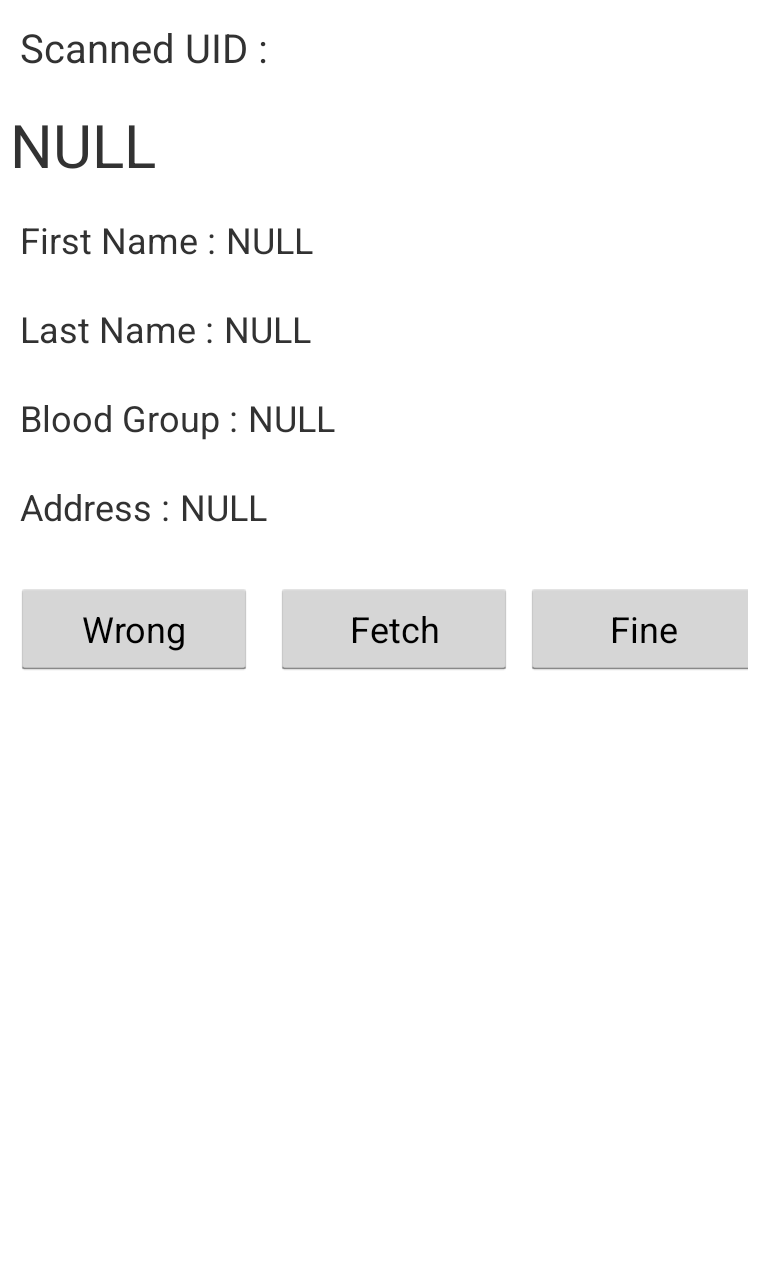
Repository: LennoxAlexion/UID
Layout: Android App/Uid-Project/res/layout/activity_qr_result_success.xml
These files come from the project's save history. The layout is drawn as it stood at one moment and after the next save; the edit follows.
It is drawn on a 768 x 1280 px phone screen (xhdpi) without system bars, with theme AppTheme; the app's code is not run.

Above is the layout before, as saved 2015-03-29 09:26:47.

After the next save:
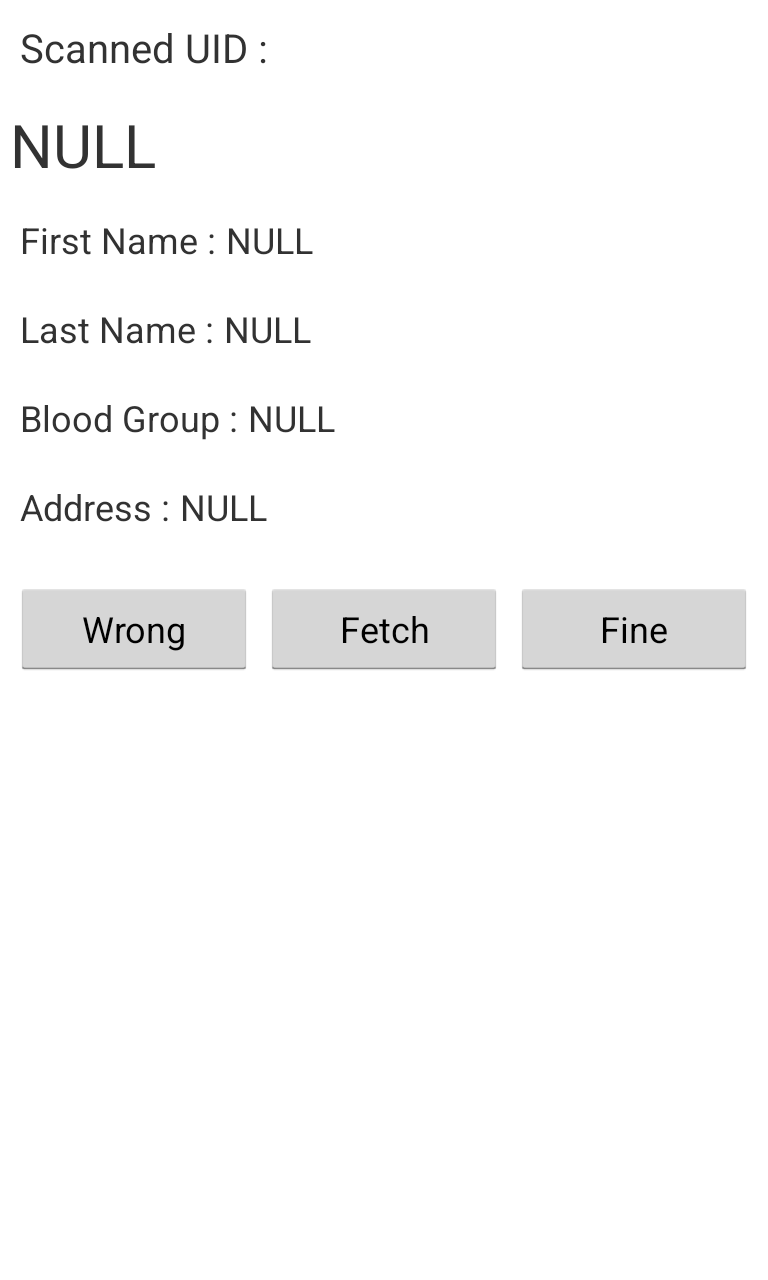
Saved 19 s later.
--- a/Android App/Uid-Project/res/layout/activity_qr_result_success.xml
+++ b/Android App/Uid-Project/res/layout/activity_qr_result_success.xml
@@ -121,7 +121,7 @@
             android:id="@+id/Button_qr_result_WrongQR"
             android:layout_width="120dp"
             android:layout_height="wrap_content"
-            android:layout_margin="5dp"
+
 
             android:text="Wrong" />
 
